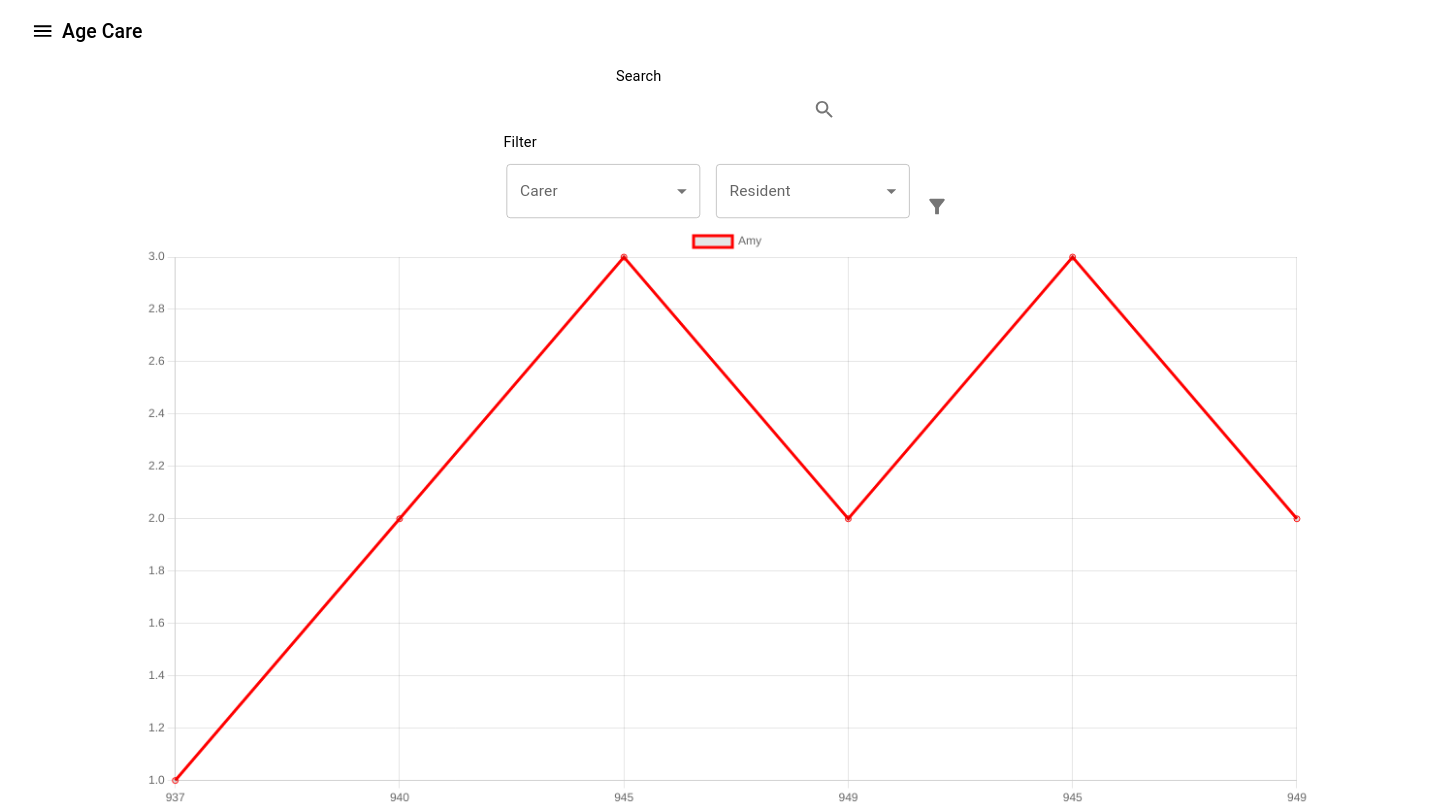
Repository: kimchybob/age_care
Page: /, after clicking the first element matching `button.css-78trlr-MuiButtonBase-root-MuiIconButton-root`
The author's editor kept a copy of each file at every save. The page is drawn from the files as they stood at one save, then again after the next save.
The browser window is 1280 px wide. The page is 1500 px wide, so the pictures cover 1500 px, including what lies to the right of the window. The pictures show the whole page, at 97% of full size.
The project was rebuilt for these pictures with package versions that can differ from the ones it lists, and the page was loaded fresh each time. Also part of the build but not shown: src/Components/TimeSelecter.js, src/Components/SingleSelectList.js, src/Components/TableChart.js, src/Pages/DataGridPage.js.

Above is the page before, as saved 2022-03-23 23:04:55.

After the next save:
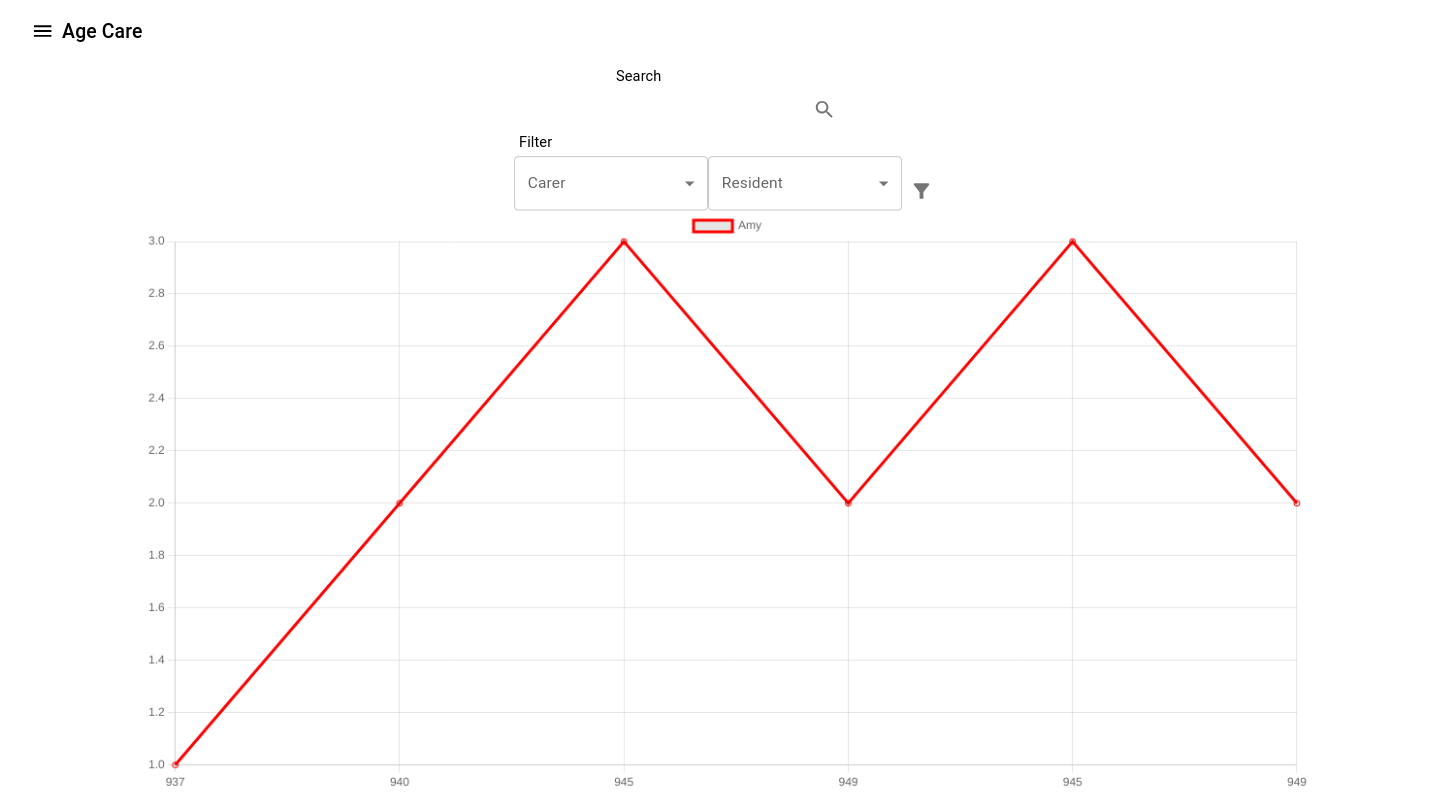
Saved 30 s later.
--- a/src/Components/MultiSelectList.js
+++ b/src/Components/MultiSelectList.js
@@ -55,7 +55,7 @@ export default function MultiSelectList(props) {
 
   return (
     <div>
-      <FormControl sx={{ m: 1, width: 200 }}>
+      <FormControl sx={{width: 200 }}>
         <InputLabel id="demo-multiple-name-label">{props.label}</InputLabel>
         <Select
           labelId="demo-multiple-name-label"
